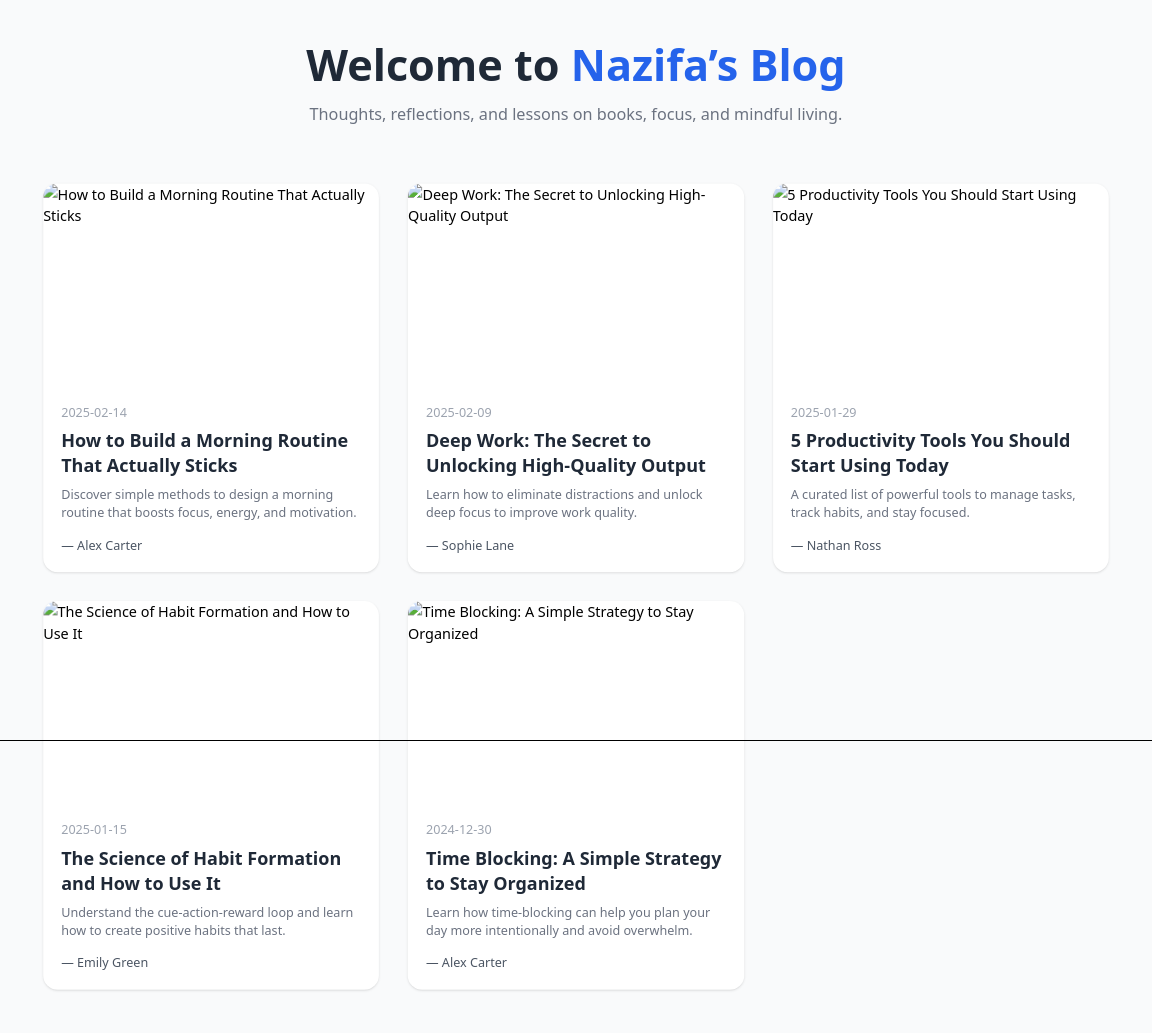
Repository: nazifat/portevalobashi
Page: /
These files come from the project's save history. The page is drawn as it stood at one moment and after a run of saves; the edit follows.
The browser window is 1280 px wide. The pictures show the part of the page from y = 872 to 2020 px (the page is 2020 px tall), at 90% of full size.
The project was rebuilt for these pictures with package versions that can differ from the ones it lists, and the page was loaded fresh each time. Also part of the build but not shown: vite.config.js, src/Pages/ErrorPage/ErrorPage.jsx, src/Pages/Login/Login.jsx, src/Pages/Registration/Registration.jsx, src/Pages/Courses/Courses.jsx.

Above is the page before, as saved 2025-11-08 19:55:38.

After the next 2 saves:
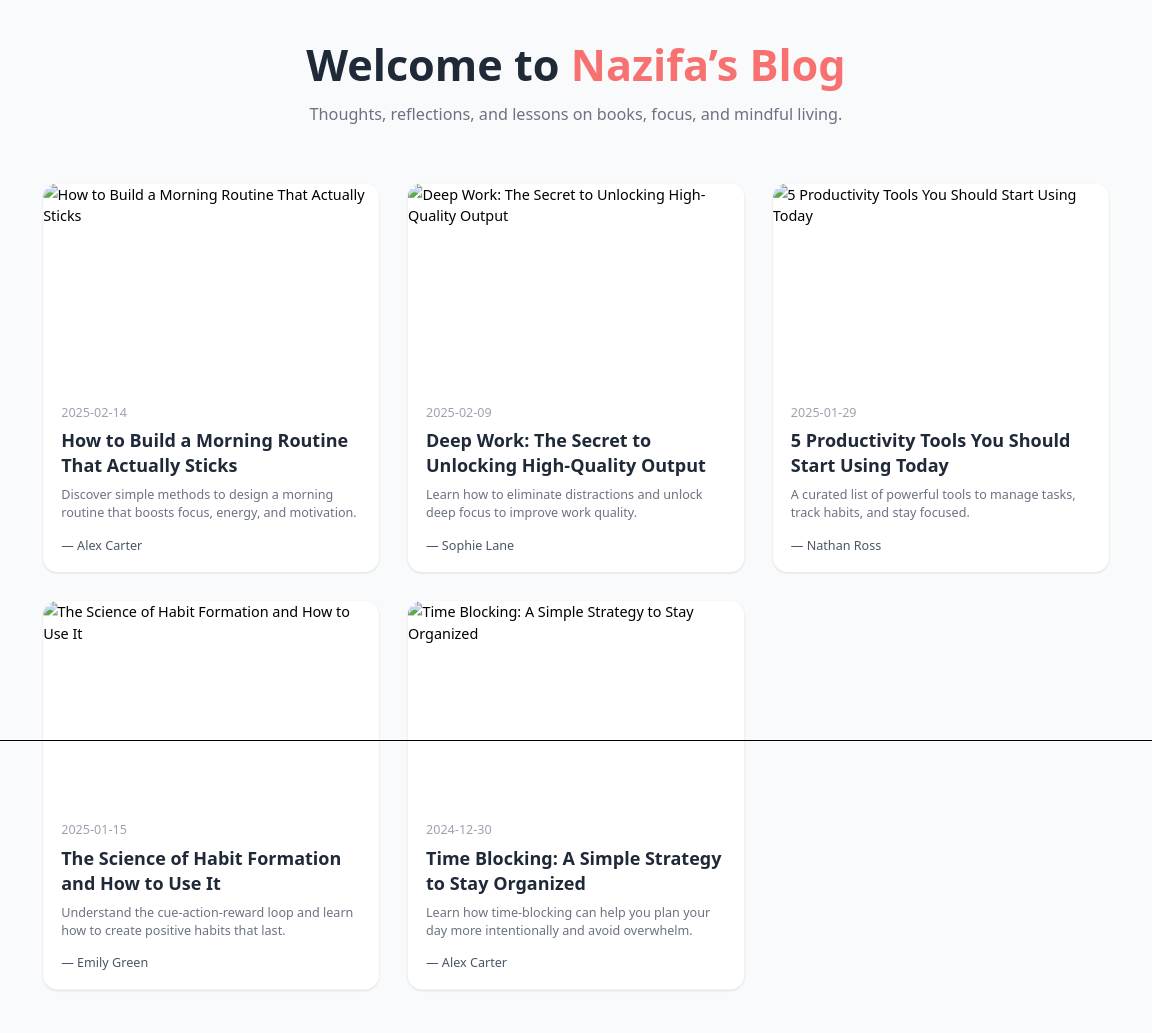
The 2 saves are shown as one change because they came seconds apart.
The last was saved 2 min 8 s later.
--- a/src/Pages/Home/HomeBlog/HomeBlog.jsx
+++ b/src/Pages/Home/HomeBlog/HomeBlog.jsx
@@ -8,7 +8,7 @@ const HomeBlog = () => {
                 {/* Hero Section */}
                 <div className="text-center mb-16">
                     <h1 className="text-4xl md:text-5xl font-bold text-gray-800 mb-4">
-                        Welcome to <span className="text-blue-600">Nazifa’s Blog</span>
+                        Welcome to <span className="text-red-400">Nazifa’s Blog</span>
                     </h1>
                     <p className="text-gray-500 text-lg max-w-2xl mx-auto">
                         Thoughts, reflections, and lessons on books, focus, and mindful living.
